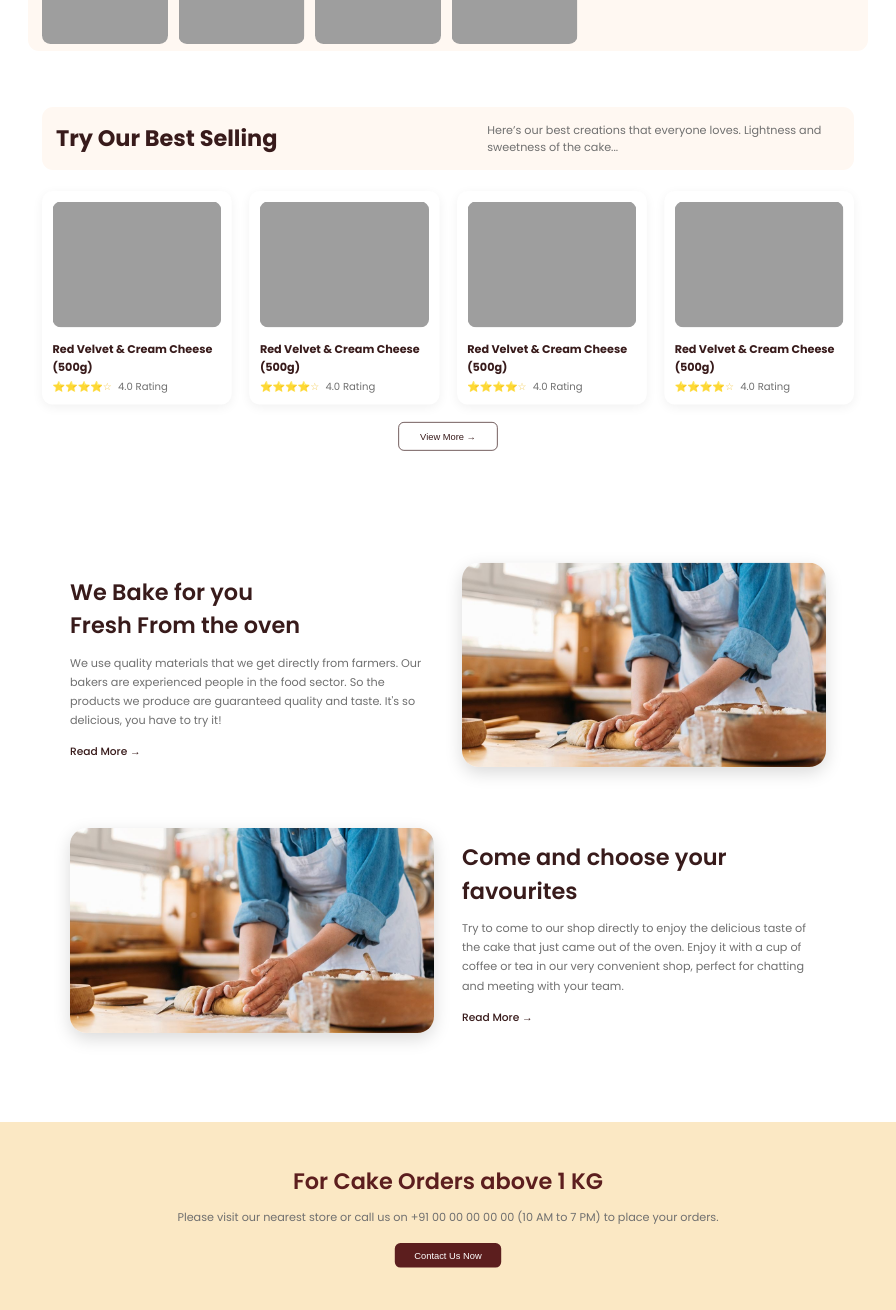
Repository: josegabrielzevallos/chocobrat-bakery-website
Page: index.html
An editor plug-in stored every save of this project. The page is shown before and after the next save, followed by the edit.
The browser window is 1280 px wide. The pictures show the part of the page from y = 677 to 2597 px (the page is 2548 px tall before and 2597 px after), at 70% of full size.
Pictures or frames that could not be fetched are drawn as grey boxes. A picture or video elsewhere on the page could not be fetched, so the positions and the page height are approximate.

Above is the page before, as saved 2025-11-20 15:00:52.

After the next save:
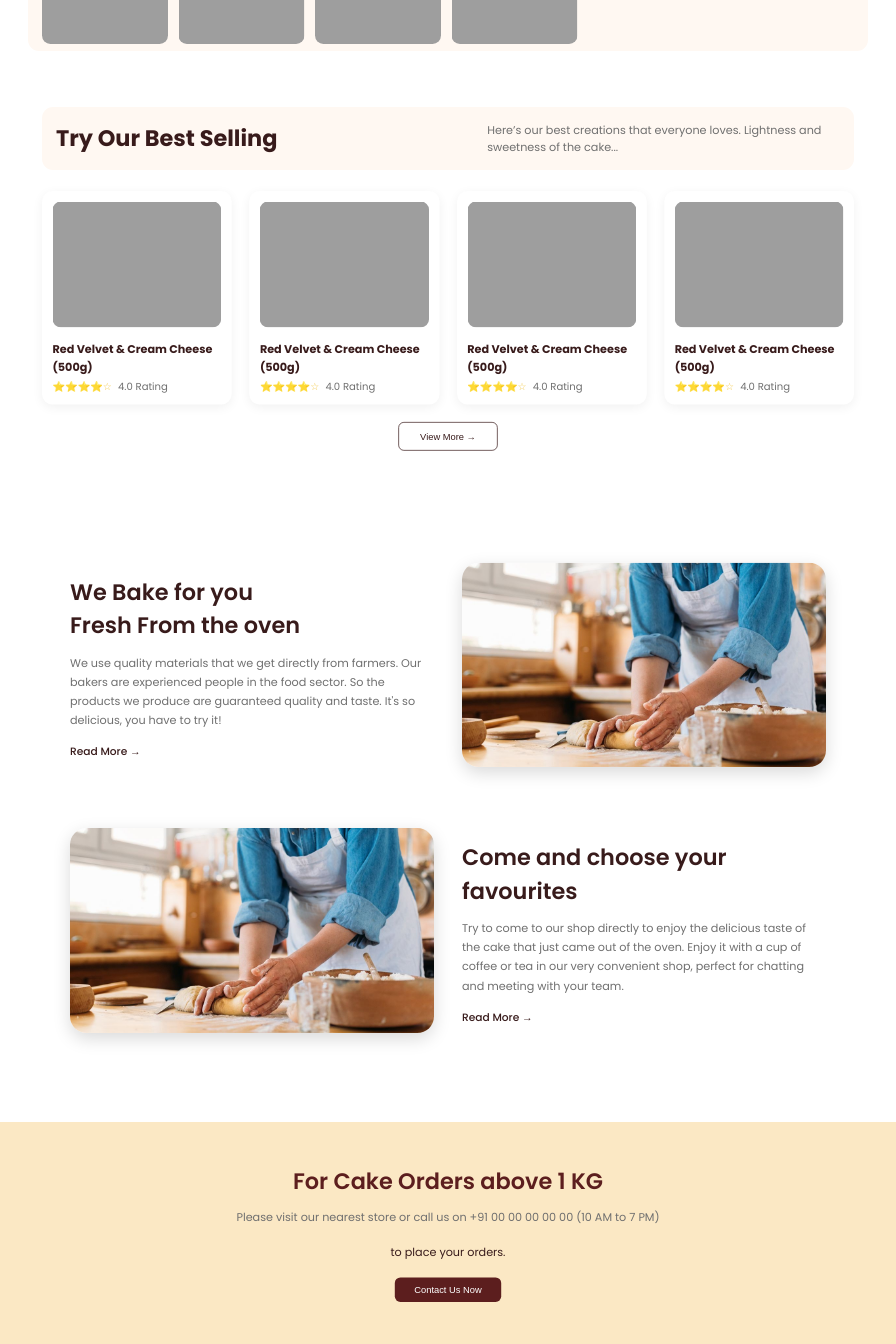
Saved 54 min 53 s later.
--- a/index.html
+++ b/index.html
@@ -159,6 +159,9 @@
             <h2>For Cake Orders above 1 KG</h2>
             <p>
                 Please visit our nearest store or call us on +91 00 00 00 00 00 (10 AM to 7 PM)
+            <p>
+
+            </p>
                 to place your orders.
             </p>
             <button class="btn primary order-btn">Contact Us Now</button>
